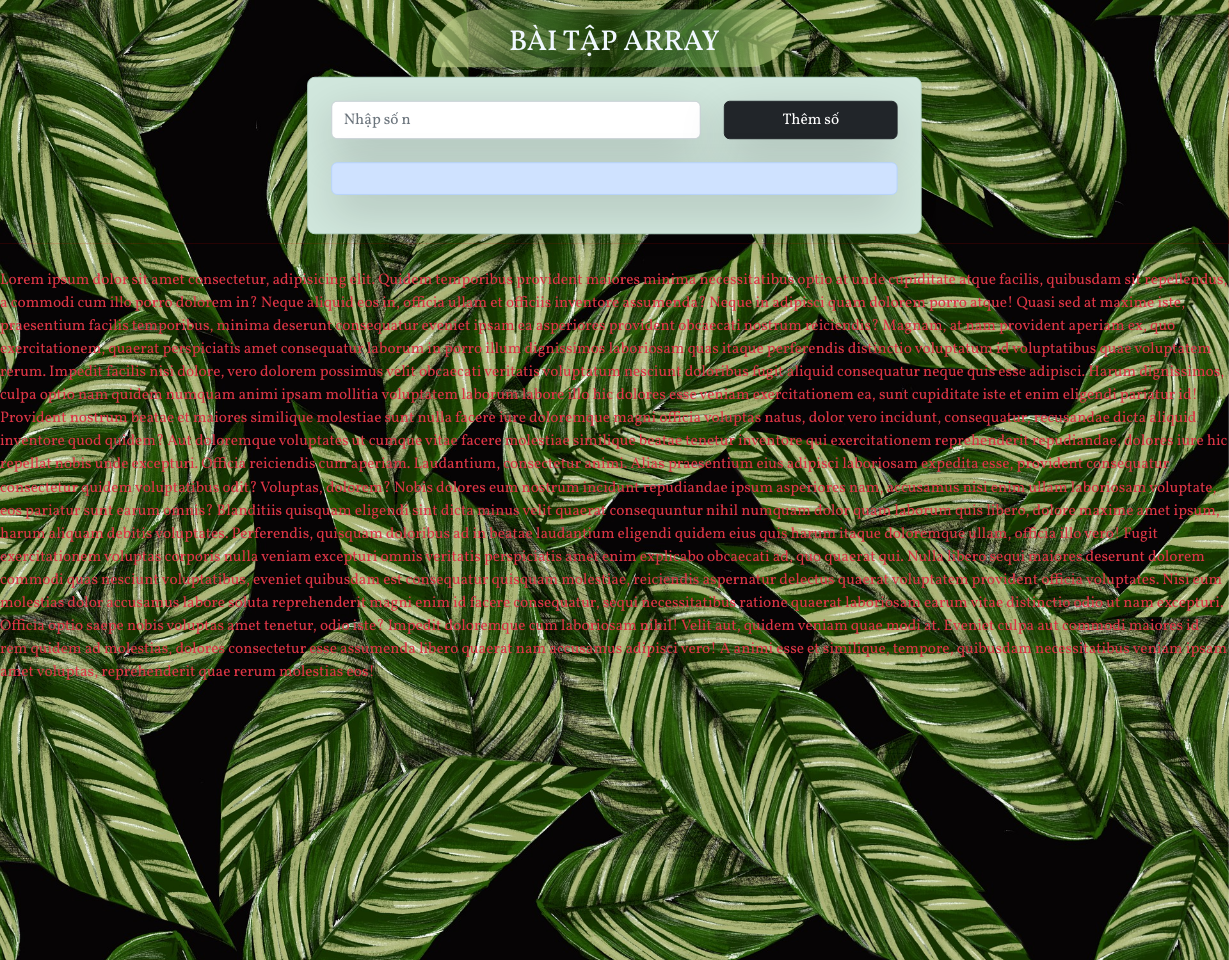
Repository: hcozyph/TranHuuPhuoc_BC43_BT_JS_Buoi7_8_ARRAY
Page: index.html
An editor plug-in stored every save of this project. The page is shown before and after the next save, followed by the edit.
The browser window is 1280 px wide. The pictures show the whole page, at 96% of full size.
Backgrounds fixed to the window are drawn as part of the page.

Above is the page before, as saved 2023-02-21 00:04:43.

### index.html
<!DOCTYPE html>
<html lang="en">
    <head>
        <title>BT Array</title>
        <!-- Required meta tags -->
        <meta charset="utf-8" />
        <meta
            name="viewport"
            content="width=device-width, initial-scale=1, shrink-to-fit=no"
        />
        <!-- font -->
        <link rel="preconnect" href="https://fonts.googleapis.com" />
        <link rel="preconnect" href="https://fonts.gstatic.com" crossorigin />
        <link
            href="https://fonts.googleapis.com/css2?family=Fraunces:ital,opsz,wght@0,9..144,600;0,9..144,700;1,9..144,300;1,9..144,400;1,9..144,500;1,9..144,600;1,9..144,700;1,9..144,800&family=Vollkorn:ital,wght@0,400;0,500;0,600;0,700;0,800;0,900;1,400;1,500;1,600;1,700;1,800;1,900&display=swap"
            rel="stylesheet"
        />
        <!-- Bootstrap CSS v5.2.1 -->
        <link
            href="https://cdn.jsdelivr.net/npm/bootstrap@5.2.1/dist/css/bootstrap.min.css"
            rel="stylesheet"
            integrity="sha384-iYQeCzEYFbKjA/T2uDLTpkwGzCiq6soy8tYaI1GyVh/UjpbCx/TYkiZhlZB6+fzT"
            crossorigin="anonymous"
        />

        <!-- index.css -->
        <link rel="stylesheet" href="./css/index.css" />
    </head>

    <body>
        <div class="container">
            <div class="bt-array-top">
                <div class="bt-array-title pt-2 shadow-lg">
                    <h1
                        class="text-center shadow-lg p-2"
                        ;
                        style="font-size: 30px"
                    >
                        BÀI TẬP ARRAY
                    </h1>
                </div>

                <div
                    id="mainArray"
                    class="alert alert-success w-50 text-center d-block rounded-3 shadow p-4"
                    style="margin: 10px auto"
                >
                    <div class="row row-cols-3">
                        <div class="col-8">
                            <input
                                id="user-input"
                                type="number"
                                class="form-control shadow-lg py-2"
                                placeholder="Nhập số n"
                                style="height: 100%"
                            />
                        </div>
                        <div class="col">
                            <button
                                id="user-btn"
                                class="btn btn-dark shadow-lg"
                                style="height: 100%; width: 100%"
                            >
                                Thêm số
                            </button>
                        </div>
                    </div>

                    <div class="row mt-4">
                        <div class="col">
                            <div
                                id="user-array"
                                class="alert alert-primary shadow-lg"
                            ></div>
                        </div>
                    </div>
                </div>
            </div>

            <div class="bt-array-content">
                <div class="text-danger">
                    Lorem ipsum dolor sit amet consectetur, adipisicing elit.
                    Quidem temporibus provident maiores minima necessitatibus
                    optio at unde cupiditate atque facilis, quibusdam sit
                    repellendus, a commodi cum illo porro dolorem in? Neque
                    aliquid eos in, officia ullam et officiis inventore
                    assumenda? Neque in adipisci quam dolorem porro atque! Quasi
                    sed at maxime iste, praesentium facilis temporibus, minima
                    deserunt consequatur eveniet ipsam ea asperiores provident
                    obcaecati nostrum reiciendis? Magnam, at nam provident
                    aperiam ex, quo exercitationem, quaerat perspiciatis amet
                    consequatur laborum in porro illum dignissimos laboriosam
                    quas itaque perferendis distinctio voluptatum id
                    voluptatibus quae voluptatem rerum. Impedit facilis nisi
                    dolore, vero dolorem possimus velit obcaecati veritatis
                    voluptatum nesciunt doloribus fugit aliquid consequatur
                    neque quis esse adipisci. Harum dignissimos, culpa optio nam
                    quidem numquam animi ipsam mollitia voluptatem laborum
                    labore illo hic dolores esse veniam exercitationem ea, sunt
                    cupiditate iste et enim eligendi pariatur id! Provident
                    nostrum beatae et maiores similique molestiae sunt nulla
                    facere iure doloremque magni officia voluptas natus, dolor
                    vero incidunt, consequatur, recusandae dicta aliquid
                    inventore quod quidem? Aut doloremque voluptates ut cumque
                    vitae facere molestiae similique beatae tenetur inventore
                    qui exercitationem reprehenderit repudiandae, dolores iure
                    hic repellat nobis unde excepturi. Officia reiciendis cum
                    aperiam. Laudantium, consectetur animi. Alias praesentium
                    eius adipisci laboriosam expedita esse, provident
                    consequatur consectetur quidem voluptatibus odit? Voluptas,
                    dolorem? Nobis dolores eum nostrum incidunt repudiandae
                    ipsum asperiores nam, accusamus nisi enim ullam laboriosam
                    voluptate, eos pariatur sunt earum omnis? Blanditiis
                    quisquam eligendi sint dicta minus velit quaerat
                    consequuntur nihil numquam dolor quam laborum quis libero,
                    dolore maxime amet ipsum, harum aliquam debitis voluptates.
                    Perferendis, quisquam doloribus ad in beatae laudantium
                    eligendi quidem eius quis harum itaque doloremque ullam,
                    officia illo vero! Fugit exercitationem voluptas corporis
                    nulla veniam excepturi omnis veritatis perspiciatis amet
                    enim explicabo obcaecati ad, quo quaerat qui. Nulla libero
                    sequi maiores deserunt dolorem commodi quas nesciunt
                    voluptatibus, eveniet quibusdam est consequatur quisquam
                    molestiae, reiciendis aspernatur delectus quaerat voluptatem
                    provident officia voluptates. Nisi eum molestias dolor
                    accusamus labore soluta reprehenderit magni enim id facere
                    consequatur, sequi necessitatibus ratione quaerat laboriosam
                    earum vitae distinctio odio ut nam excepturi. Officia optio
                    saepe nobis voluptas amet tenetur, odio iste? Impedit
                    doloremque cum laboriosam nihil! Velit aut, quidem veniam
                    quae modi at. Eveniet culpa aut commodi maiores id rem
                    quidem ad molestias, dolores consectetur esse assumenda
                    libero quaerat nam accusamus adipisci vero! A animi esse et
                    similique, tempore, quibusdam necessitatibus veniam ipsam
                    amet voluptas, reprehenderit quae rerum molestias eos!
                </div>
                <div class="bt1"></div>
            </div>
        </div>

        <!-- Bootstrap JavaScript Libraries -->
        <script
            src="https://cdn.jsdelivr.net/npm/@popperjs/core@2.11.6/dist/umd/popper.min.js"
            integrity="sha384-oBqDVmMz9ATKxIep9tiCxS/Z9fNfEXiDAYTujMAeBAsjFuCZSmKbSSUnQlmh/jp3"
            crossorigin="anonymous"
        ></script>

        <script
            src="https://cdn.jsdelivr.net/npm/bootstrap@5.2.1/dist/js/bootstrap.min.js"
            integrity="sha384-7VPbUDkoPSGFnVtYi0QogXtr74QeVeeIs99Qfg5YCF+TidwNdjvaKZX19NZ/e6oz"
            crossorigin="anonymous"
        ></script>

        <!-- method.js -->
        <link rel="stylesheet" href="./js/method.js" />

        <!-- index.js -->
        <script src="./js/index.js"></script>
    </body>
</html>

### css/index.css
* {
    margin: 0;
    padding: 0;
    box-sizing: border-box;
    font-family: "Fraunces", serif;
    font-family: "Vollkorn", serif;
}

.container {
    margin: 0 auto;
    max-width: 1440px;
    overflow: hidden;
    padding: 0;

    background-image: url(../img/2.jpg);
    background-size: cover;
    background-position: inherit;
    background-repeat: no-repeat;
    background-attachment: fixed;

    height: 1000px;
    position: relative;
}

.bt-array-title {
    display: block;
    width: 380px;
    margin: 0 auto;
    border-radius: 80px 10px 80px 10px;

    font-size: 40px;
    font-weight: 700;
    /* background-color: red; */
    color: aliceblue;
    background: rgb(156, 173, 110);
    background: linear-gradient(
        90deg,
        rgba(198, 219, 142, 0.7) 0%,
        rgba(156, 173, 110, 0.7) 10%,
        rgba(60, 94, 39, 0.7) 25%,
        rgba(68, 112, 49, 0.7) 29%,
        rgba(27, 57, 5, 0.7) 49%,
        rgba(66, 114, 50, 0.7) 63%,
        rgba(90, 139, 69, 0.7) 74%,
        rgba(184, 203, 130, 0.7) 95%
    );
}

.bt-array-top {
    position: fixed;
    width: 100%;
    padding-top: 10px;
    background-color: red;

    background-image: url(../img/2.jpg);
    background-size: cover;
    background-position: inherit;
    background-repeat: no-repeat;
    background-attachment: fixed;
}

.bt-array-content {
    padding-top: 280px;
}

### js/index.js
/*create-array*/
var mainArray = [];

document.getElementById('user-btn').onclick = function(){
    //input: userInput
    var userInput = Number(document.getElementById('user-input').value);

    //output: mainArray

    //process
    mainArray.push(userInput);

    document.getElementById('user-array').innerHTML = mainArray;


}




/*End-create-array*/

Loaded but not shown: js/method.js (no stored copy; drawn as an empty file)

After the next save:
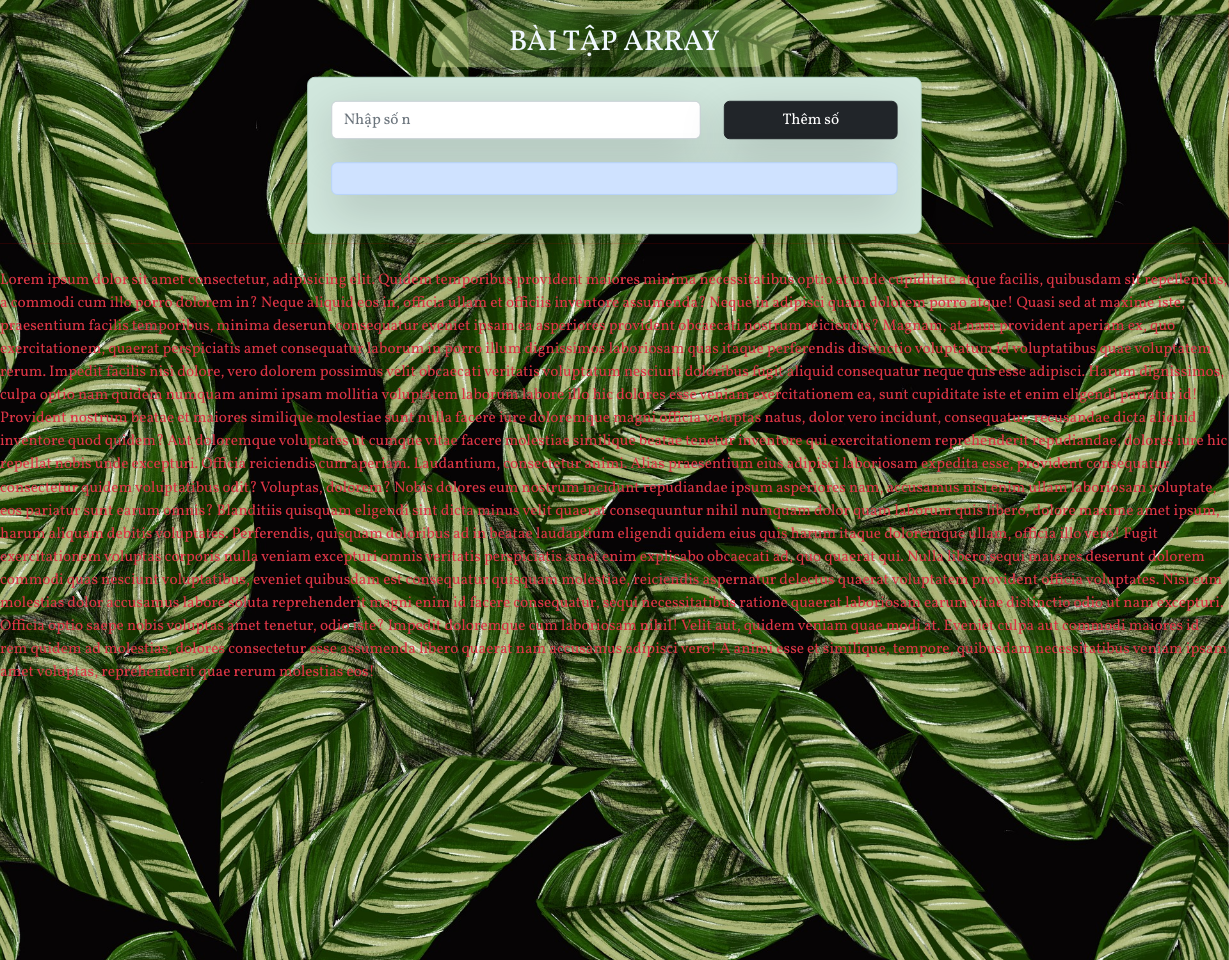
Saved 5 s later.
--- a/css/index.css
+++ b/css/index.css
@@ -35,14 +35,14 @@
     background: rgb(156, 173, 110);
     background: linear-gradient(
         90deg,
-        rgba(198, 219, 142, 0.7) 0%,
-        rgba(156, 173, 110, 0.7) 10%,
-        rgba(60, 94, 39, 0.7) 25%,
-        rgba(68, 112, 49, 0.7) 29%,
-        rgba(27, 57, 5, 0.7) 49%,
-        rgba(66, 114, 50, 0.7) 63%,
-        rgba(90, 139, 69, 0.7) 74%,
-        rgba(184, 203, 130, 0.7) 95%
+        rgba(198, 219, 142, 0.5) 0%,
+        rgba(156, 173, 110, 0.5) 10%,
+        rgba(60, 94, 39, 0.5) 25%,
+        rgba(68, 112, 49, 0.5) 29%,
+        rgba(27, 57, 5, 0.5) 49%,
+        rgba(66, 114, 50, 0.5) 63%,
+        rgba(90, 139, 69, 0.5) 74%,
+        rgba(184, 203, 130, 0.5) 95%
     );
 }
 
